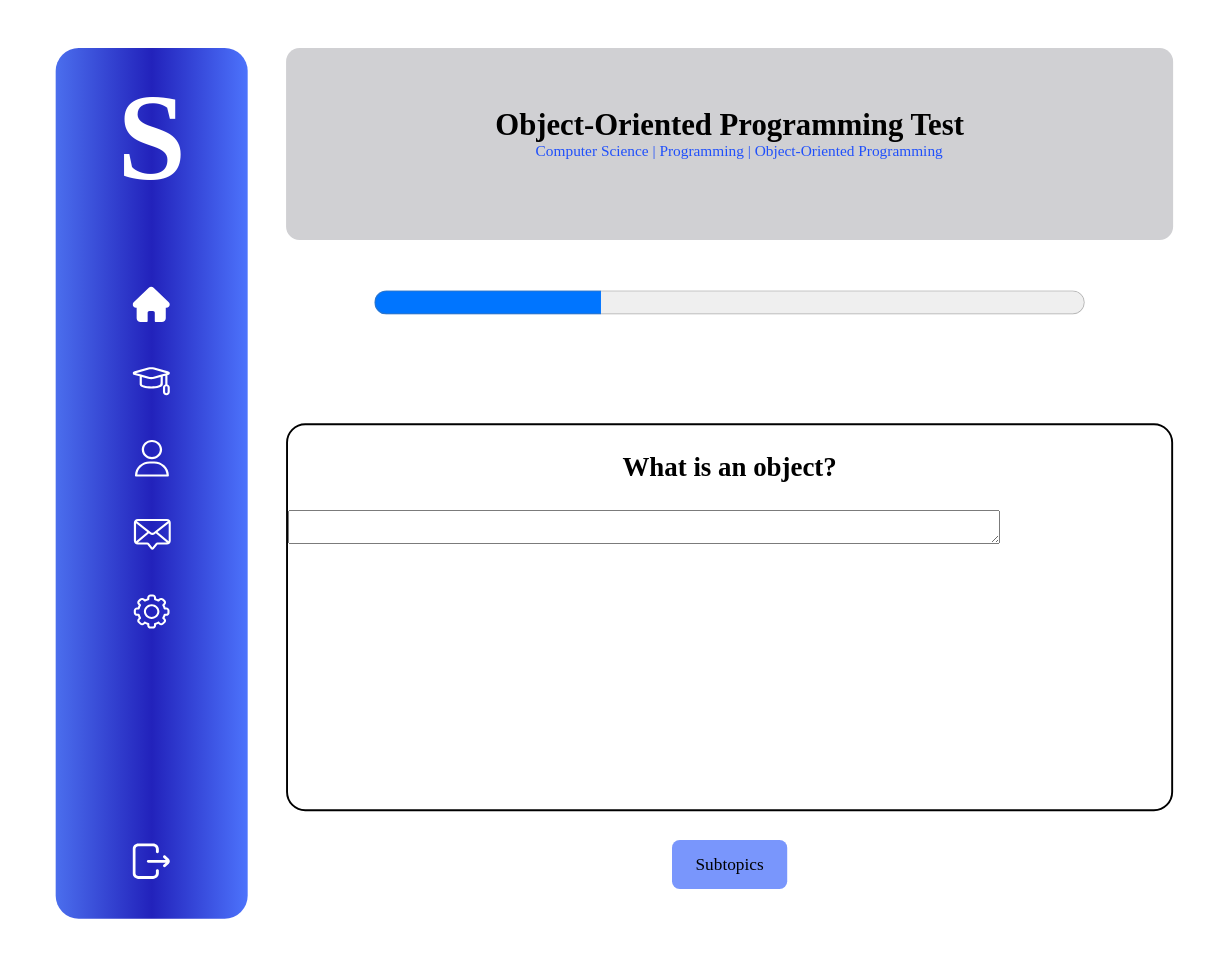
Repository: rafalzacher1/smartify-interface
Page: test.html
An editor plug-in stored every save of this project. The page is shown before and after a run of saves, followed by the edit.
The browser window is 1280 px wide. The pictures show the whole page, at 96% of full size.
Some web fonts or font styles are not loaded; a fallback is used.

Above is the page before, as saved 2022-06-30 19:32:26.

After the next 2 saves:
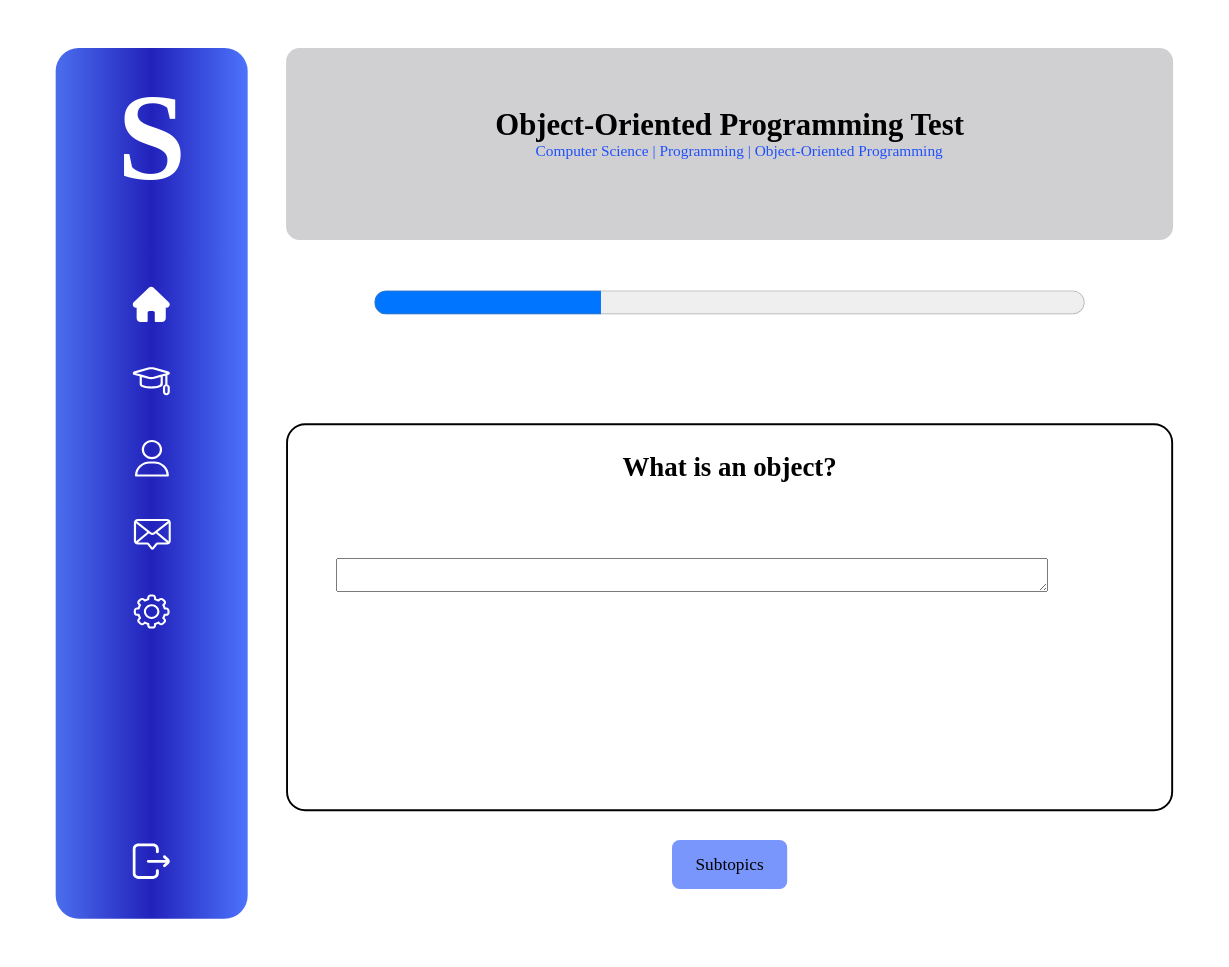
The 2 saves are shown as one change because they came seconds apart.
The last was saved 12 s later.
--- a/styles/question.css
+++ b/styles/question.css
@@ -59,5 +59,6 @@ input[type="reset"] {
 }
 
 #question textarea {
+    margin: 50px;
     width: 80%;
 }
